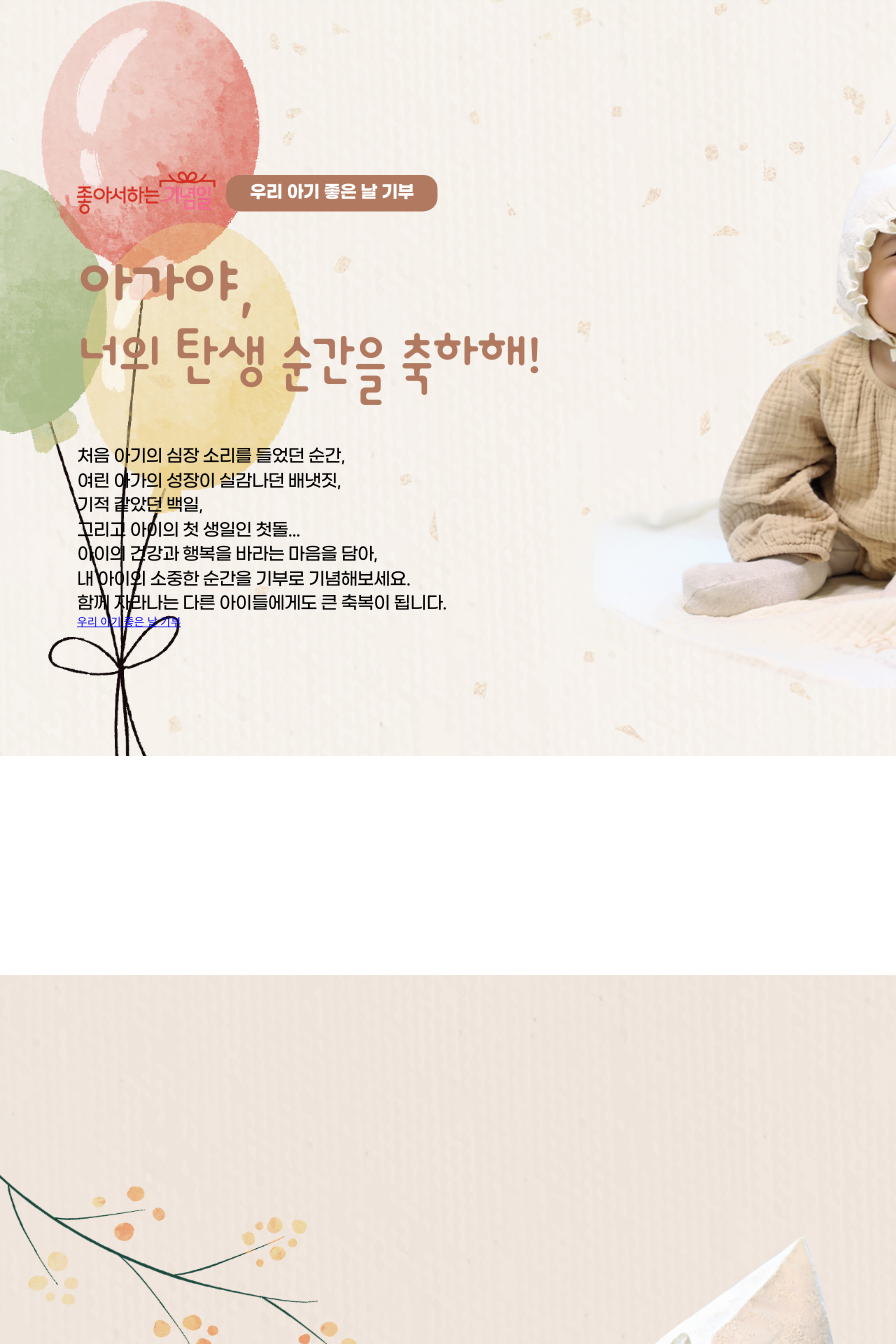
Repository: dlgywls1130/save_the_children
Page: index.html
The author's editor kept a copy of each file at every save. The page is drawn from the files as they stood at one save, then again after the next save.
The browser window is 1280 px wide. The pictures show the part of the page from y = 0 to 1920 px (the page is 5153 px tall), at 70% of full size.

Above is the page before, as saved 2023-12-12 21:23:47.

After the next save:
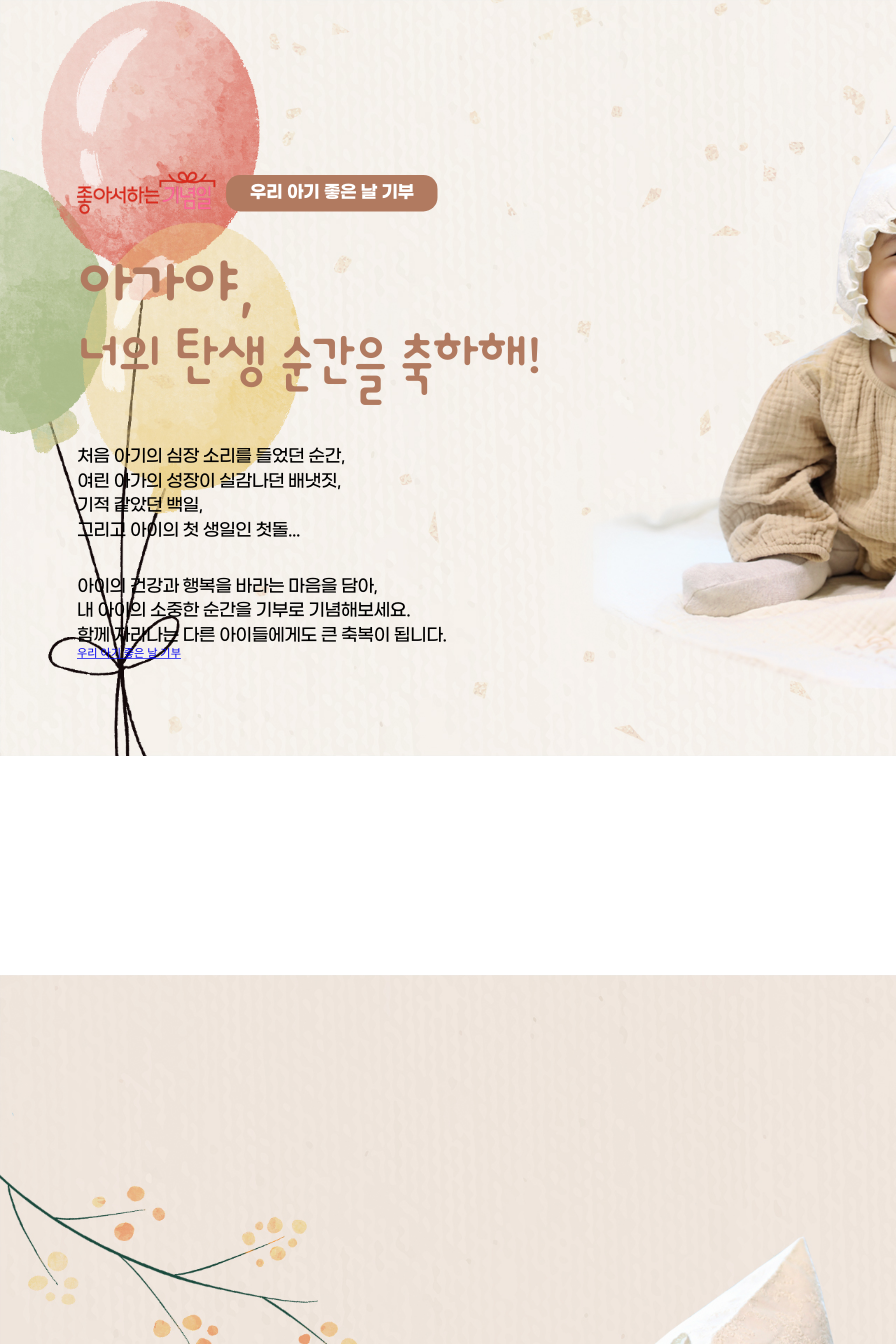
Saved 1 s later.
--- a/index.html
+++ b/index.html
@@ -24,7 +24,7 @@
                 <p class="seo01_title_two">
                     너의 <span>탄생</span> 순간을 축하해!
                 </p>
-                <p class="section_descript">
+                <p class="section_descript mb-45">
                     처음 아기의 심장 소리를 들었던 순간,
                     <br>여린 아가의 성장이 실감나던 배냇짓,
                     <br>기적 같았던 백일,
